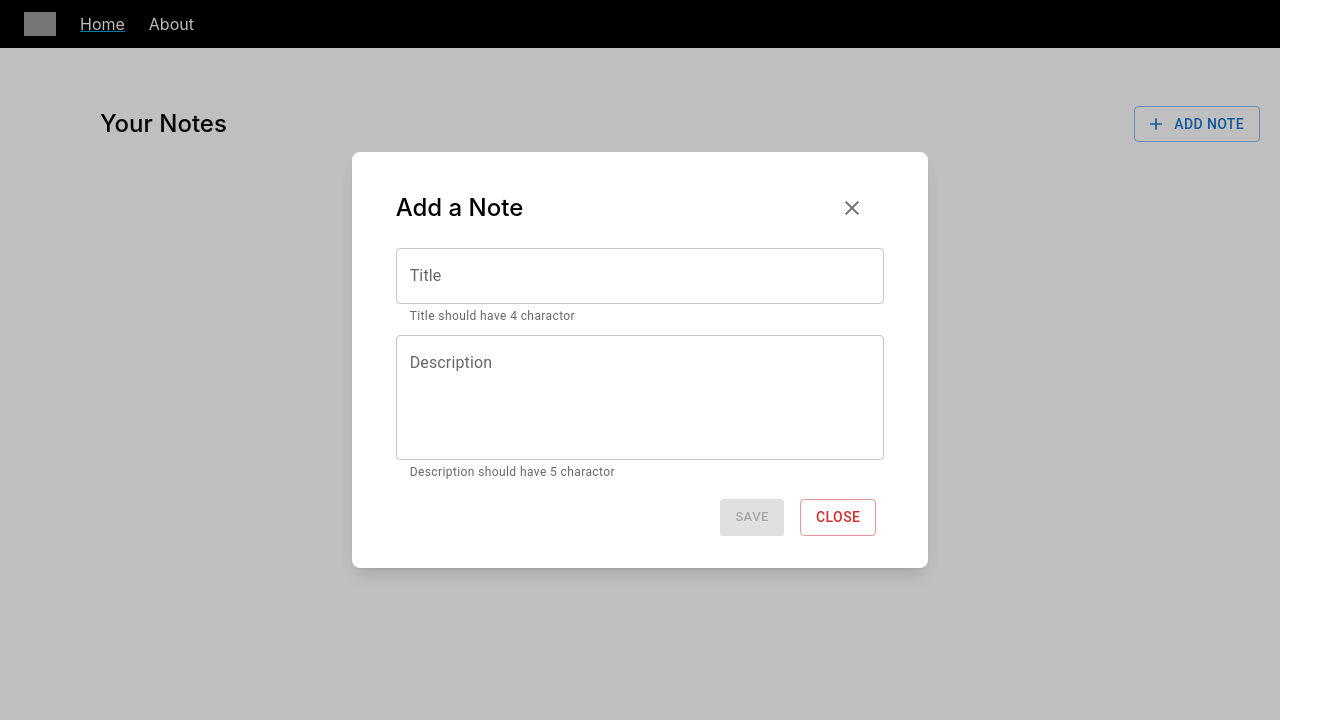
Repository: sonawaneteju4/iNote
Page: /, after clicking the first element matching `button.MuiButtonBase-root`
An editor plug-in stored every save of this project. The page is shown before and after a run of saves, followed by the edit.
The browser window is 1280 px wide. The page is 1320 px wide, so the pictures cover 1320 px, including what lies to the right of the window. The pictures show the whole page.
Pictures or frames that could not be fetched are drawn as grey boxes. The page's requests for data from a server got no answer. Some web libraries are served in a nearby version. The project was rebuilt for these pictures with package versions that can differ from the ones it lists, and the page was loaded fresh each time. No one was signed in, and anything a server would have sent is missing. Also part of the build but not shown: src/App.css, src/components/NoteCard.js, src/components/About.js, src/components/Alert.js.

Above is the page before, as saved 2022-10-12 01:22:35.

After the next 2 saves:
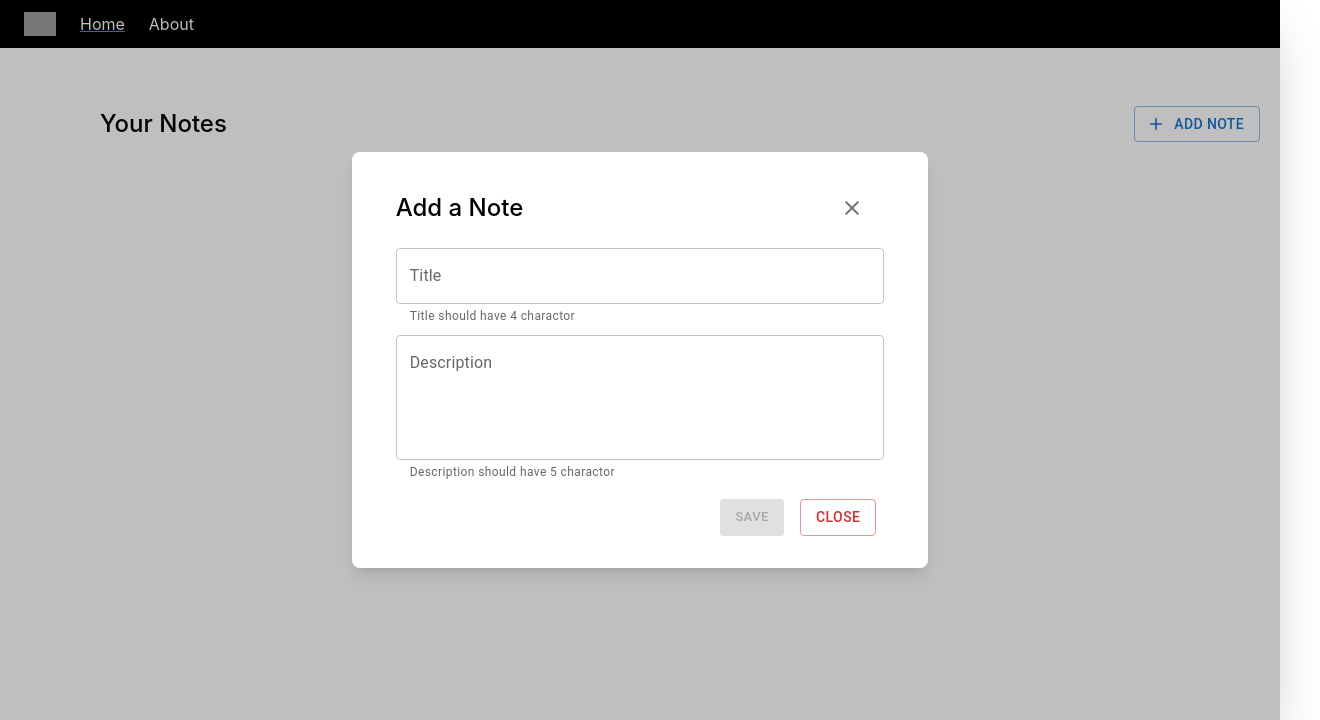
The 2 saves are shown as one change because they came seconds apart.
The last was saved 13 h 1 min later.
--- a/src/components/NoteModal.js
+++ b/src/components/NoteModal.js
@@ -43,7 +43,7 @@
 
   return (
     <>
-      <div className="justify-center items-center flex overflow-x-hidden overflow-y-auto fixed inset-0 z-50 outline-none focus:outline-none">
+      <div className="justify-center items-center shadow-2xl flex overflow-x-hidden overflow-y-auto fixed inset-0 z-50 outline-none focus:outline-none">
         <div className="relative w-auto my-2 mx-auto max-w-3xl">
           <div className="border-0 rounded-lg shadow-lg relative flex flex-col w-full bg-white outline-none focus:outline-none">
             <div className="m-2 p-2">

After the 2 saves that followed:
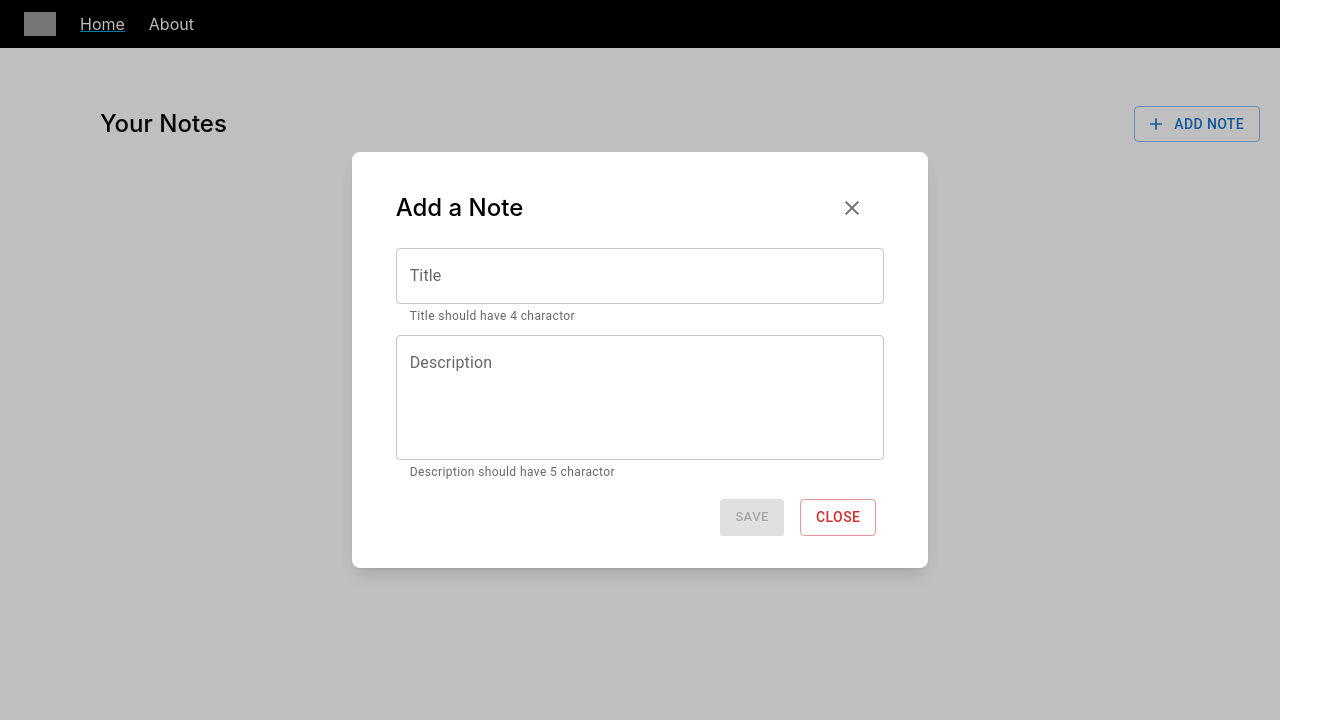
The 2 saves are shown as one change because they came seconds apart.
The last was saved 23 s later.
--- a/src/components/NoteModal.js
+++ b/src/components/NoteModal.js
@@ -43,7 +43,7 @@
 
   return (
     <>
-      <div className="justify-center items-center shadow-2xl flex overflow-x-hidden overflow-y-auto fixed inset-0 z-50 outline-none focus:outline-none">
+      <div className="justify-center items-center flex overflow-x-hidden overflow-y-auto fixed inset-0 z-50 outline-none focus:outline-none">
         <div className="relative w-auto my-2 mx-auto max-w-3xl">
           <div className="border-0 rounded-lg shadow-lg relative flex flex-col w-full bg-white outline-none focus:outline-none">
             <div className="m-2 p-2">
